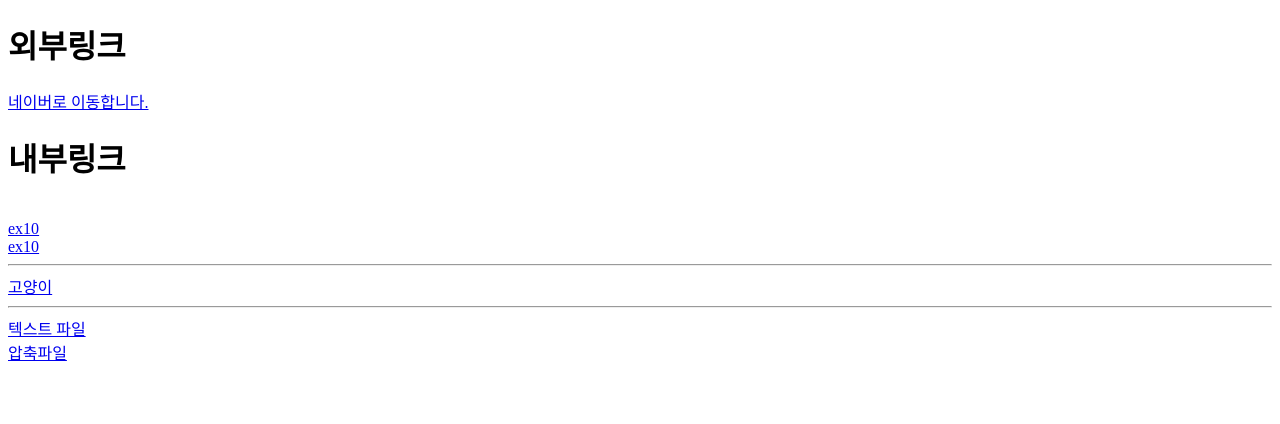
Repository: Hwang-97/HhwDesktop
Page: client/ClientTest/src/main/webapp/html/ex11_link.html
These files come from the project's save history. The page is drawn as it stood at one moment and after the next save; the edit follows.
The browser window is 1280 px wide. The pictures show the whole page.

Above is the page before, as saved 2021-12-10 00:42:10.

After the next save:
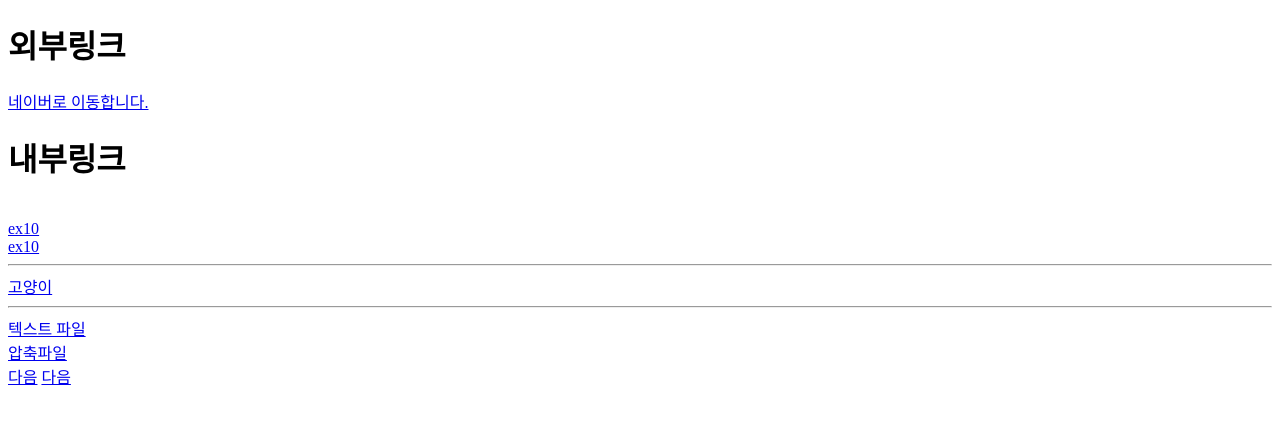
Saved 4 min 53 s later.
--- a/client/ClientTest/src/main/webapp/html/ex11_link.html
+++ b/client/ClientTest/src/main/webapp/html/ex11_link.html
@@ -21,6 +21,8 @@
 <a href = "./test.txt" download>텍스트 파일</a>
 <br>
 <a href = "./html.zip">압축파일</a>
-
+<br>
+<a href="http://daum.net">다음</a>
+<a href="http://daum.net">다음</a>
 </body>
 </html>
